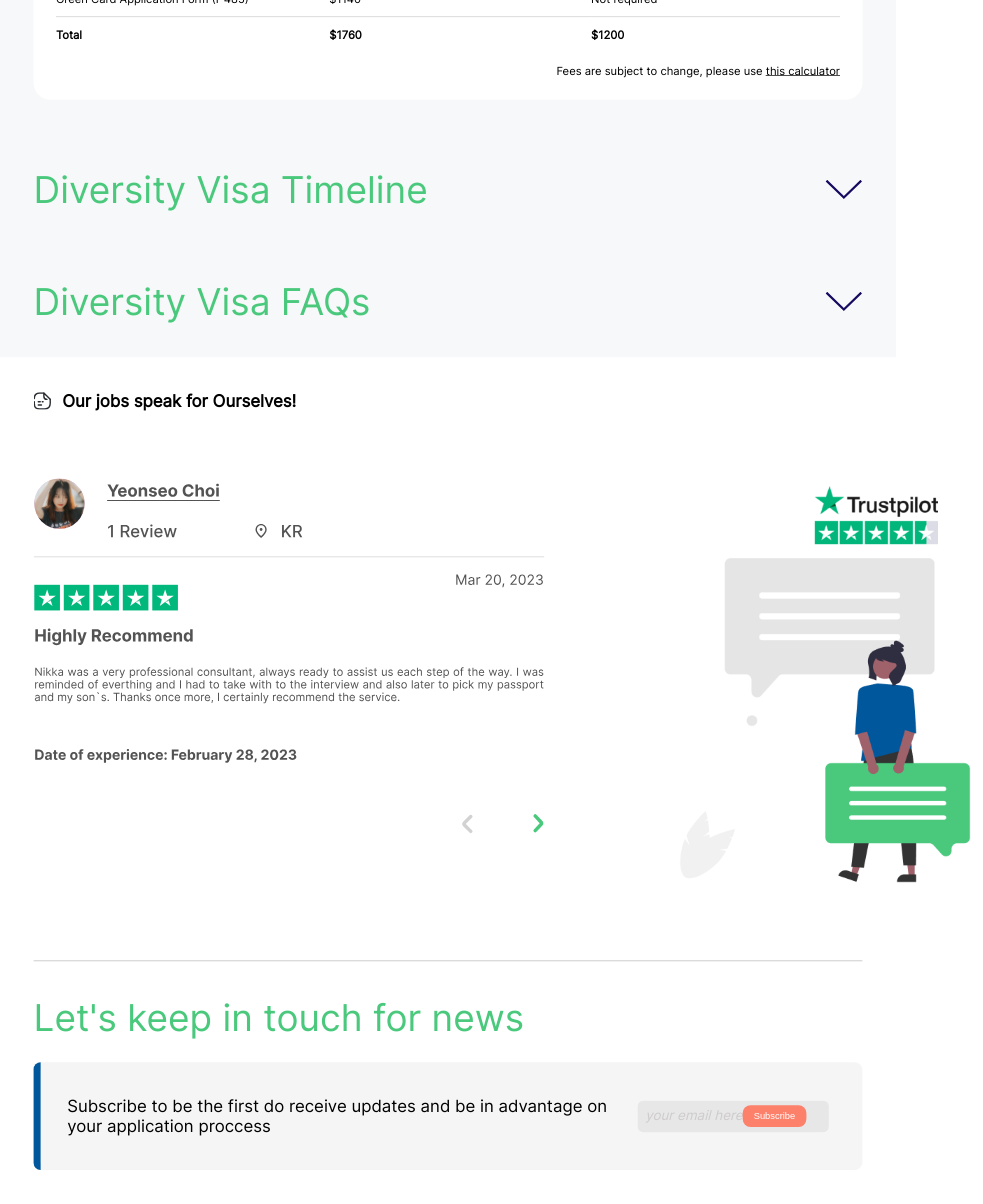
Repository: switch247/small_ui
Page: /
An editor plug-in stored every save of this project. The page is shown before and after the next save, followed by the edit.
The browser window is 1280 px wide. The page is 1404 px wide, so the pictures cover 1404 px, including what lies to the right of the window. The pictures show the part of the page from y = 1828 to 3548 px (the page is 3548 px tall), at 70% of full size.
The project was rebuilt for these pictures with package versions that can differ from the ones it lists, and the page was loaded fresh each time.

Above is the page before, as saved 2023-10-12 18:23:31.

After the next save:
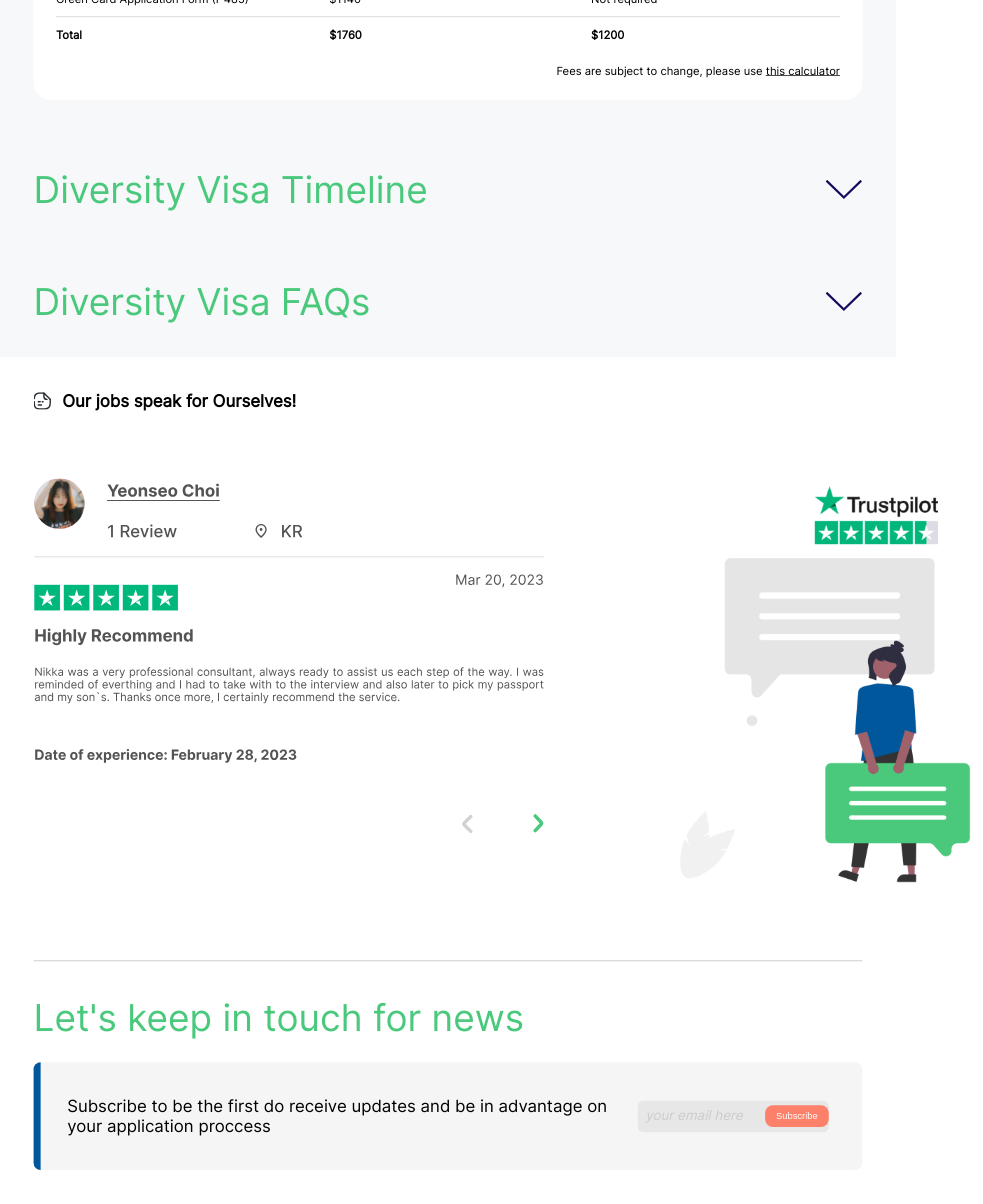
Saved 11 s later.
--- a/src/css/components/Contact.css
+++ b/src/css/components/Contact.css
@@ -40,6 +40,6 @@
 .contact__email__button {
   position: absolute;
   top: 50%;
-  right: 5rem;
+  right: 3rem;
   transform: translateY(-50%);
 }
